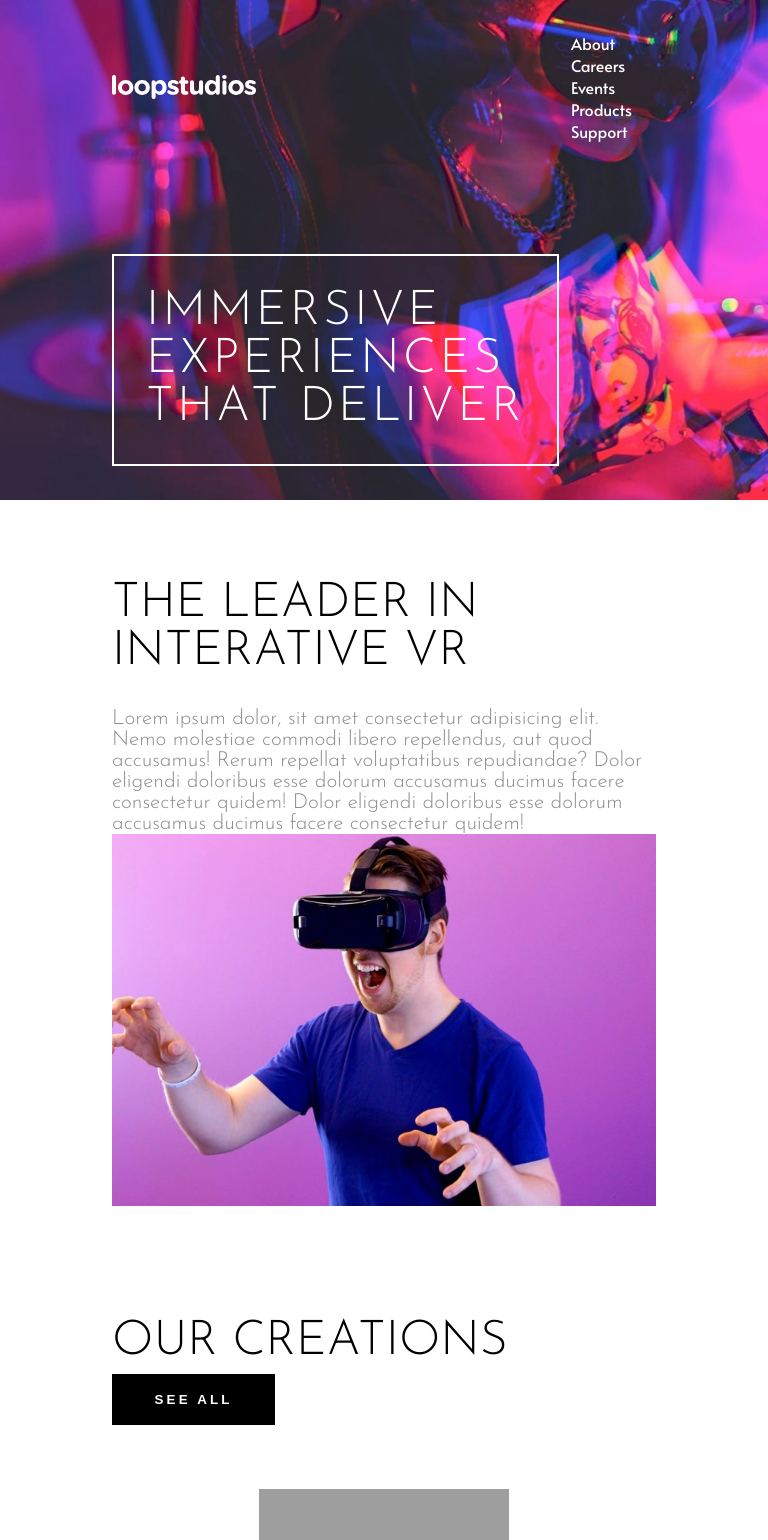
Repository: gligor99/loopstudios-fm
Page: /
An editor plug-in stored every save of this project. The page is shown before and after the next save, followed by the edit.
The browser window is 768 px wide. The pictures show the part of the page from y = 0 to 1540 px (the page is 6252 px tall).
Pictures or frames that could not be fetched are drawn as grey boxes. Backgrounds fixed to the window are drawn as part of the page. The project was rebuilt for these pictures with package versions that can differ from the ones it lists, and the page was loaded fresh each time.

Above is the page before, as saved 2021-11-28 23:51:21.

### src/index.css
@import url("https://fonts.googleapis.com/css2?family=Alata&family=Josefin+Sans:wght@300&display=swap");

:root {
  --clr-white: hsl(0, 0%, 100%);
  --clr-black: hsl(0, 0%, 0%);
  --clr-dark-gray: hsl(0, 0%, 55%);
  --clr-very-dark-gray: hsl(0, 0%, 41%);
}

*,
::after,
::before {
  margin: 0;
  padding: 0;
  box-sizing: border-box;
}

body {
  font-family: "Alata", sans-serif;
  background: var(--clr-light-grayish-cyan);
  color: var(--clr-grey-1);
  font-size: 1rem;
}

### src/App.jsx
import { useState } from "react";
import About from "./components/About/About";
import Creations from "./components/Creations/Creations";
import Footer from "./components/Footer/Footer";
import Hero from "./components/Hero/Hero";
// import Sidebar from "./components/Sidebar/Sidebar";
// import Navbar from "./components/Navbar/Navbar";


function App() {
  const [toggle, setToggle] = useState(false)

  return (
    <div className="App">
      {/* <Navbar /> */}

      <Hero />
      <About />
      <Creations />
      <Footer />
    </div>
  );
}

export default App;

### src/components/About/About.jsx
import "./about.css";
import image from "../../assets/desktop/image-interactive.jpg";

const About = () => {
  return (
    <div className="about-container">
      <img className="image-interactive" src={image} alt="interactive.jpg" />
      <div className="about-content">
        <h1 className="about-title">The leader in <br />interative VR</h1>
        <p className="about-p">
          Lorem ipsum dolor, sit amet consectetur adipisicing elit. Nemo
          molestiae commodi libero repellendus, aut quod accusamus! Rerum
          repellat voluptatibus repudiandae? Dolor eligendi doloribus esse
          dolorum accusamus ducimus facere consectetur quidem! Dolor eligendi doloribus esse
          dolorum accusamus ducimus facere consectetur quidem!
        </p>
      </div>
    </div>
  );
};

export default About;

### src/components/Creations/Creations.jsx
import './creations.css'
import data from '../../data'
import Card from '../Card/Card';

const Creations = () => {
  return <div className="creation-container">
      <div className="creation-header">
          <h1 className="creation-title">
              Our Creations
          </h1>
          <button className="creation-btn">
              See All
          </button>
      </div>
      <div className="creation-cards">
          {data.map((item) => {
              return <Card key={item.id} item={item} />
          })}
      </div>
  </div>;
};

export default Creations;

### src/components/Footer/Footer.jsx
import "./footer.css";
import logo from "../../assets/logo.svg";
import fb from "../../assets/icon-facebook.svg";
import instagram from "../../assets/icon-instagram.svg";
import pinterest from "../../assets/icon-pinterest.svg";
import twittter from "../../assets/icon-twitter.svg";

const Footer = () => {
  return (
    <div className="footer-container">
      <div className="left-content">
        <img className="logo" src={logo} alt="footerLogo.svg" />
        <ul className="links">
          <li>
            <a href="/about">About</a>
          </li>
          <li>
            <a href="/careers">Careers</a>
          </li>
          <li>
            <a href="/events">Events</a>
          </li>
          <li>
            <a href="/products">Products</a>
          </li>
          <li>
            <a href="/support">Support</a>
          </li>
        </ul>
      </div>
      <div className="right-content">
        <div className="social">
          <img className='social-icon' src={fb} alt="fbIcon.svg" />
          <img className='social-icon' src={instagram} alt="instaIcon.svg" />
          <img className='social-icon'  src={pinterest} alt="pinterestIcon.svg" />
          <img className='social-icon' src={twittter} alt="twitterIcon.svg" />
        </div>
        <p className="copy">
          &copy;
          {`  ${new Date().getFullYear()} Loopstudios | All Rights Reserved`}
        </p>
      </div>
    </div>
  );
};

export default Footer;

### src/components/Hero/Hero.jsx
import React from "react";
import Navbar from "../Navbar/Navbar";
import "./hero.css";

const Hero = () => {
  return (
      <div className="container">
        <Navbar />
        <div className="container-content">
          <h1 className="title">
            Immersive <br /> experiences <br />
            that deliver
          </h1>
        </div>
      </div>
  );
};

export default Hero;

### src/components/About/about.css
.about-container {
  display: flex;
  justify-content: center;
  align-items: flex-end;
  margin: auto;
  padding: 7rem;
}

.image-interactive {
  height: 80%;
  z-index: -1;
}
.about-content {
  background-color: var(--clr-white);
  z-index: 1;
  height: 80%;
  padding: 4rem;
  margin-left: -10rem;
}

.about-title {
  font-family: "Josefin Sans", sans-serif;
  font-weight: 100;
  font-size: 3rem;
  text-transform: uppercase;
}

.about-p {
  color: var(--clr-dark-gray);
  font-family: "Josefin Sans", sans-serif;
  font-size: 1.3rem;
  padding-top: 2rem;
}

@media only screen and (max-width: 1300px) {
  .about-content {
    padding: 1rem;
    margin-left: -10rem;
  }
}
@media only screen and (max-width: 1210px) {
  .about-content {
    padding: 1rem;
    margin-left: -10rem;
  }
}
@media only screen and (max-width: 1110px) {
  .about-content {
    padding: 1rem;
    margin-left: -15rem;
  }
}
@media only screen and (max-width: 850px) {
  .about-container {
    flex-direction: column;
  }
  .image-interactive {
    width: 100%;
    order: 2;
  }
  .about-content{
    margin-top: -2rem;
    width: 100%;
    padding: 0;
  }
}

### src/components/Creations/creations.css
.creation-header {
  display: flex;
  flex-direction: row;
  justify-content: space-between;
  padding-left: 7rem;
  padding-right: 7rem;
  padding-bottom: 2rem;
}

.creation-title {
  font-family: "Josefin Sans", sans-serif;
  font-size: 3rem;
  text-transform: uppercase;
  font-weight: 100;
}

.creation-btn {
  border: none;
  background-color: var(--clr-black);
  border: 2px solid black;
  color: var(--clr-white);
  text-transform: uppercase;
  padding: 0 3rem 0 3rem;
  cursor: pointer;
  font-weight: 700;
  letter-spacing: 0.2rem;
  transition: 0.2s ease-in;
}
.creation-btn:hover {
  background-color: var(--clr-white);
  color: var(--clr-black);
  border: 2px solid black;
}

.creation-cards {
  padding: 0 5rem 0 5rem;
  display: flex;
  justify-content: space-between;
  flex-wrap: wrap;
  width: 100%;
}

@media only screen and (max-width: 840px) {
  .creation-header{
    flex-direction: column;
    justify-content: center;
    align-items: flex-starst;
  }
  .creation-title {
    padding-bottom: 0.5rem;
  }
  .creation-btn {
    padding: 1rem;
    width: 30%;
  }
}

@media only screen and (max-width: 806px) {
  .creation-cards {
    flex-direction: column;
    justify-content: center;
    align-content: center;
  }
}

### src/data.js
const data = [
  {
    id: 1,
    title: "Deep Earth",
    img: "https://i.ibb.co/mtd0XJx/image-deep-earth.jpg",
  },
  {
    id: 2,
    title: "Night  Arcade",
    img: "https://i.ibb.co/5Wcqskt/image-night-arcade.jpg",
  },
  {
    id: 3,
    title: "Soccer Team VR",
    img: "https://i.ibb.co/fFDbQDR/image-soccer-team.jpg",
  },
  {
    id: 4,
    title: "The Grid",
    img: "https://i.ibb.co/r59dNbs/image-grid.jpg",
  },
  {
    id: 5,
    title: "From up Above VR",
    img: "https://i.ibb.co/PYK37pW/image-from-above.jpg",
  },
  {
    id: 6,
    title: "Pocket Borealis",
    img: "https://i.ibb.co/9hsnGFt/image-pocket-borealis.jpg",
  },
  {
    id: 7,
    title: "The curiosity",
    img: "https://i.ibb.co/fQZHkXQ/image-curiosity.jpg",
  },
  {
    id: 8,
    title: "Make it fisheye",
    img: "https://i.ibb.co/D506TGt/image-fisheye.jpg",
  },
];

export default data;

### src/components/Card/Card.jsx
import "./card.css";

const Card = ({ item }) => {
  return (
    <div
      className="card-container"
      style={{
        backgroundImage: `url(${item.img})`,
        backgroundRepeat: "no-repeat"
      }}
    >
      <h4 className="card-title">{item.title}</h4>
    </div>
  );
};

export default Card;

### src/components/Footer/footer.css
.footer-container {
  background-color: var(--clr-black);
  padding: 3rem 7rem 3rem 7rem;
  display: flex;
  justify-content: space-between;
  align-items: center;
}
.copy {
  color: var(--clr-dark-gray);
  font-family: "Josefin Sans", sans-serif;
  font-size: 1.1rem;
  font-weight: 700;
}

.links {
  padding-top: 2rem;
}

.right-content {
  display: flex;
  flex-direction: column;
  justify-content: flex-end;
}

.social {
  padding-bottom: 2rem;
  text-decoration: none;
  display: flex;
  justify-content: flex-end;
}
.social-icon {
  padding-left: 2rem;
}

@media only screen and (max-width: 850px) {
  .footer-container {
    flex-direction: column;
    justify-content: center;
  }

  .social {
    padding-top: 2rem;
    justify-content: center;
  }
  .copy{
    text-align: center;
  }
}

### src/components/Navbar/Navbar.jsx
import logo from "../../assets/logo.svg";
import hamburger from '../../assets/icon-hamburger.svg'
import "./navbar.css";

const Navbar = () => {
  return (
    <div className="wrapper">
      <img src={logo} alt="logo.svg" />
      <img className="burger-icon" src={hamburger} alt="burgerIcon.svg" />
      <ul className="nav-items">
        <li>
          <a href="/about">About</a>
        </li>
        <li>
          <a href="/careers">Careers</a>
        </li>
        <li>
          <a href="/events">Events</a>
        </li>
        <li>
          <a href="/products">Products</a>
        </li>
        <li>
          <a href="/support">Support</a>
        </li>
      </ul>
    </div>
  );
};

export default Navbar;

### src/components/Hero/hero.css
.container {
  background: url("../../assets/desktop/image-hero.jpg");
  background-repeat: no-repeat;
  background-attachment: fixed;
  background-size: cover;
  height: 500px;
}
.container-content {
  display: flex;
  margin-top: 5rem;
  margin-left: 7rem;
}

.title {
  border: 2px solid var(--clr-white);
  padding: 2rem;
  text-transform: uppercase;
  font-family: "Josefin Sans", sans-serif;
  font-size: 3rem;
  font-weight: 100;
  letter-spacing: 0.2rem;
  color: white;
}

### src/components/Card/card.css
.card-container {
  position: relative;
  margin: 2rem;
  transition: 0.2s ease-in;
  cursor: pointer;
  height: 500px;
        width: 250px;
}

.card-container:hover {
  opacity: 50%;
  color: var(--clr-black);
}

.card-title {
  position: absolute;
  bottom: 3rem;
  text-transform: uppercase;
  font-family: "Josefin Sans", sans-serif;
  font-weight: 100;
  font-size: 2rem;
  color: var(--clr-white);
  padding: 2rem;
  width: 100%;
}

### src/components/Navbar/navbar.css
.wrapper {
  display: flex;
  flex-direction: row;
  justify-content: space-between;
  align-items: center;
  margin: auto;
  padding: 2rem 7rem 2rem 7rem;
  background-color: transparent;
}
img {
  height: 1.5rem;
}
ul {
  display: flex;
  flex-wrap: nowrap;
  justify-content: space-evenly;
}
li {
  list-style-type: none;
  padding-right: 1.5rem;
}
a {
  position: relative;
  display: inline-block;
  text-decoration: none;
  color: var(--clr-white);
}
a:after {
  content: "";
  position: absolute;
  left: 0;
  top: 100%;
  width: 0;
  height: 1.8px;
  background-color: var(--clr-white);
  transition: width 0.2s ease-in-out;
}
a:hover:after {
  width: 100%;
}

.burger-icon {
  display: none;
}

@media screen and (max-width: 850px) {
  .nav-items {
    display: block;
  }
  .burger-icon {
    width: 10%;
  }
}

Loaded but not shown: public/index.html (common file); src/index.jsx (common file)

After the next save:
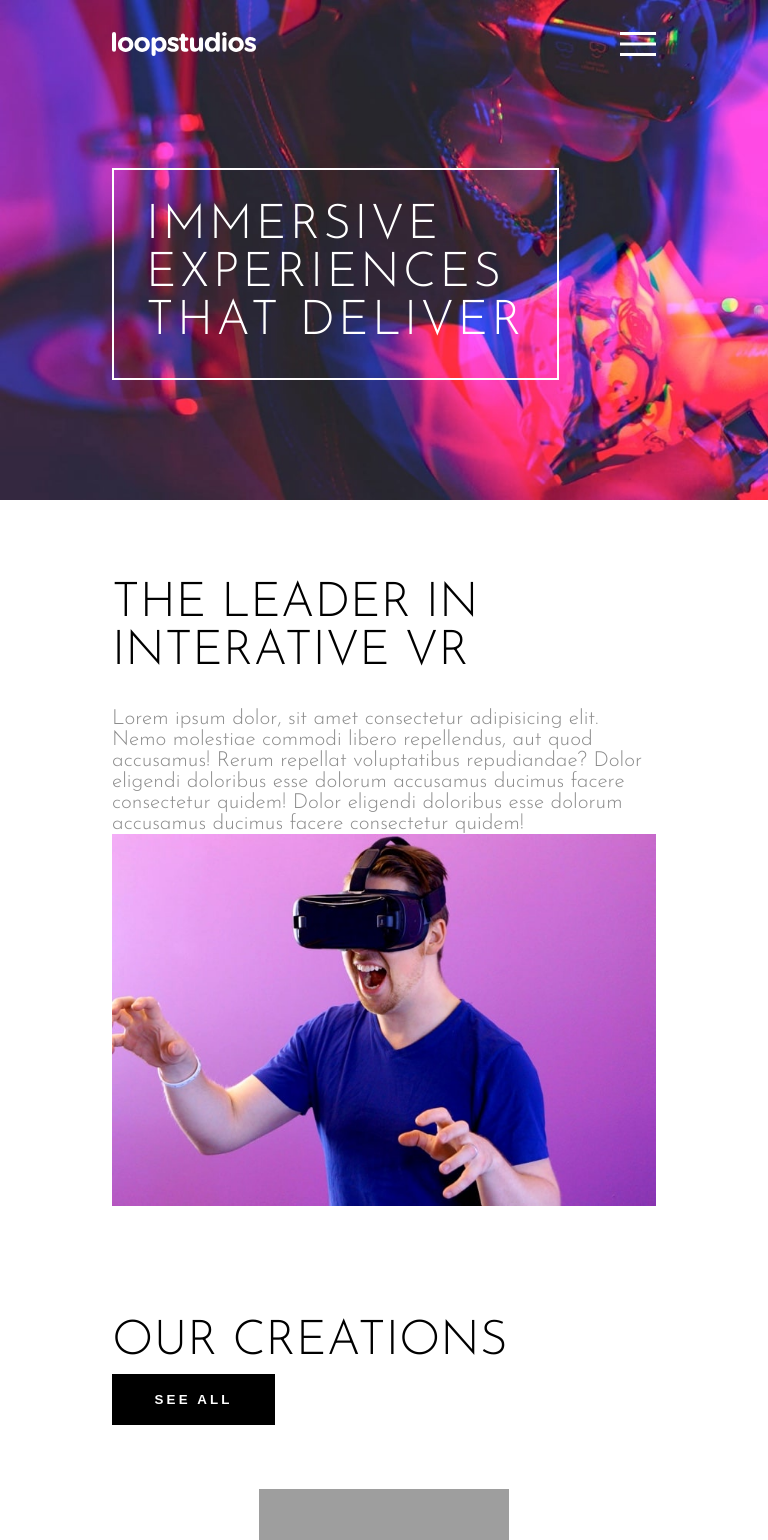
Saved 14 s later.
--- a/src/components/Navbar/navbar.css
+++ b/src/components/Navbar/navbar.css
@@ -45,9 +45,9 @@ a:hover:after {
 
 @media screen and (max-width: 850px) {
   .nav-items {
+    display: none;
+  }
+  .burger-icon {
     display: block;
   }
-  .burger-icon {
-    width: 10%;
-  }
 }
